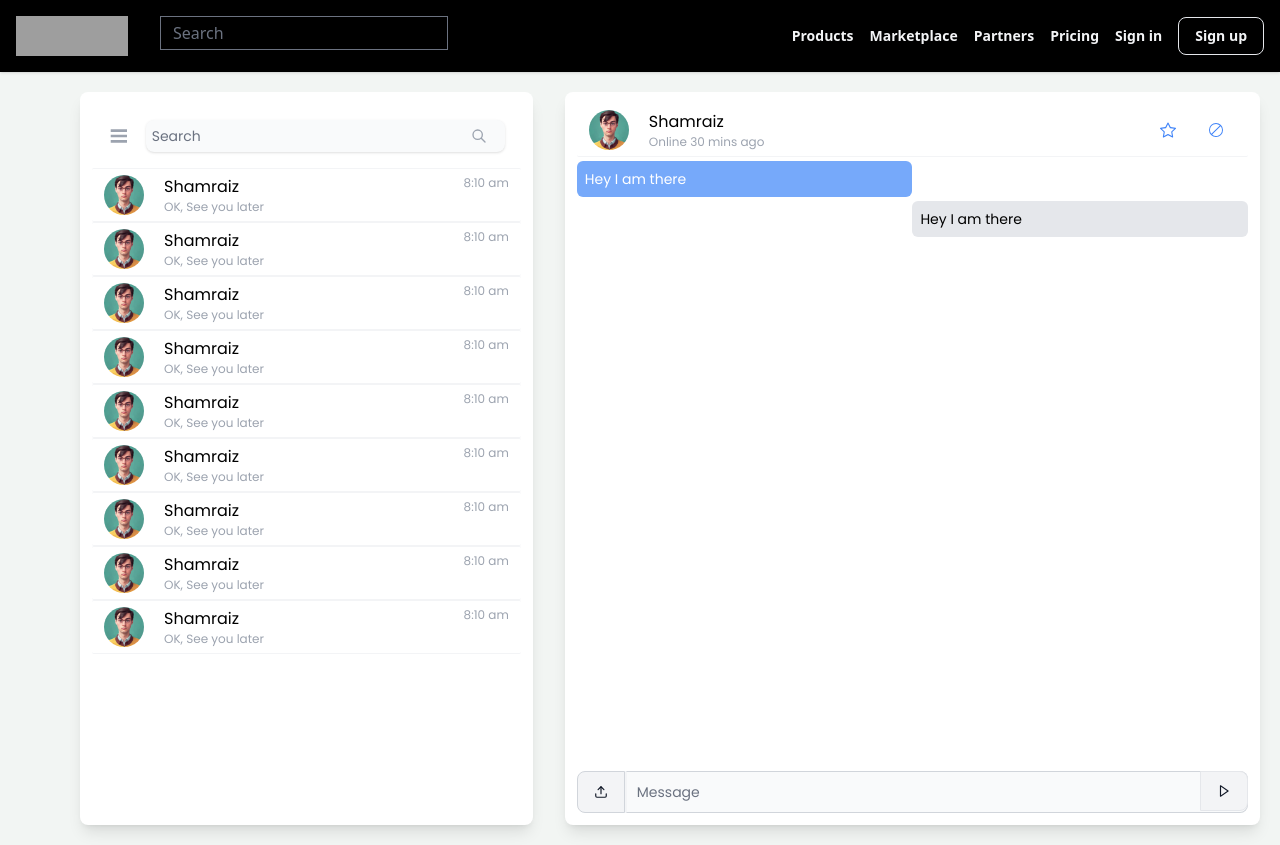
Repository: Shamraiz761/Frontend-Assessment
Page: /chat
These files come from the project's save history. The page is drawn as it stood at one moment and after the next save; the edit follows.
The browser window is 1280 px wide. The pictures show the whole page.
Pictures or frames that could not be fetched are drawn as grey boxes. The project was rebuilt for these pictures with package versions that can differ from the ones it lists, and the page was loaded fresh each time. Also part of the build but not shown: vite.config.js, src/routes/index.css, src/routes/root.jsx, src/pages/orders/index.jsx, src/pages/submission/index.jsx, src/pages/admin/index.css, src/components/admin/card.jsx, src/components/admin/addCard.jsx and 4 more. Imported but missing from the stored project, and not drawn on this page: src/pages/auth/login, src/pages/tasks, src/routes/profileLayout.

Above is the page before, as saved 2023-07-06 14:00:15.

After the next save:
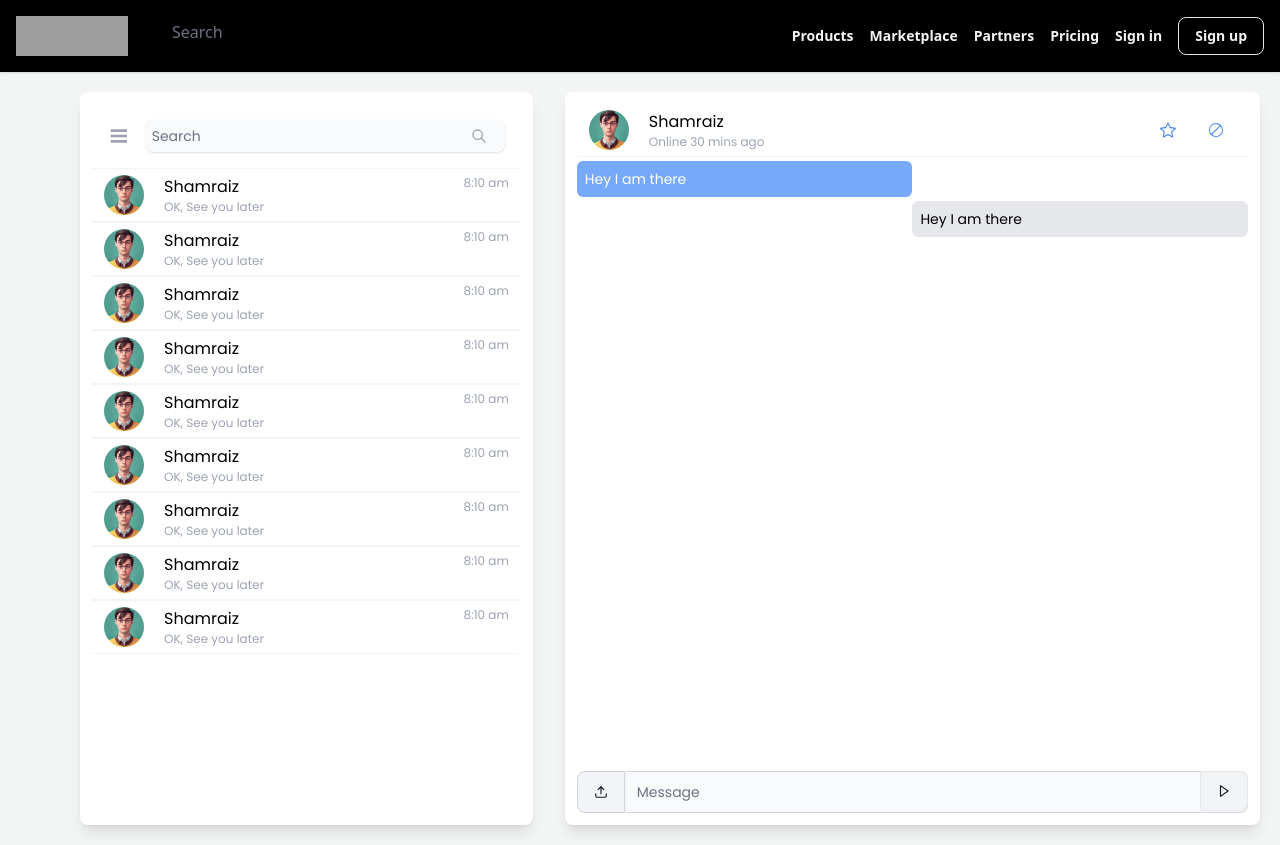
Saved 24 s later.
--- a/src/components/header/index.jsx
+++ b/src/components/header/index.jsx
@@ -27,7 +27,7 @@ function Header() {
                   <div className="inline-block">
                     <div className="inline-flex items-center max-w-full">
                       <input
-                        className="flex items-center bg-black text-gray-100 justify-between  flex-grow-0  relative w-72   py-1"
+                        className="flex items-center bg-black text-gray-100 justify-between  flex-grow-0  relative w-72 border-none  py-1"
                         type="search"
                         placeholder="Search"
                       />
